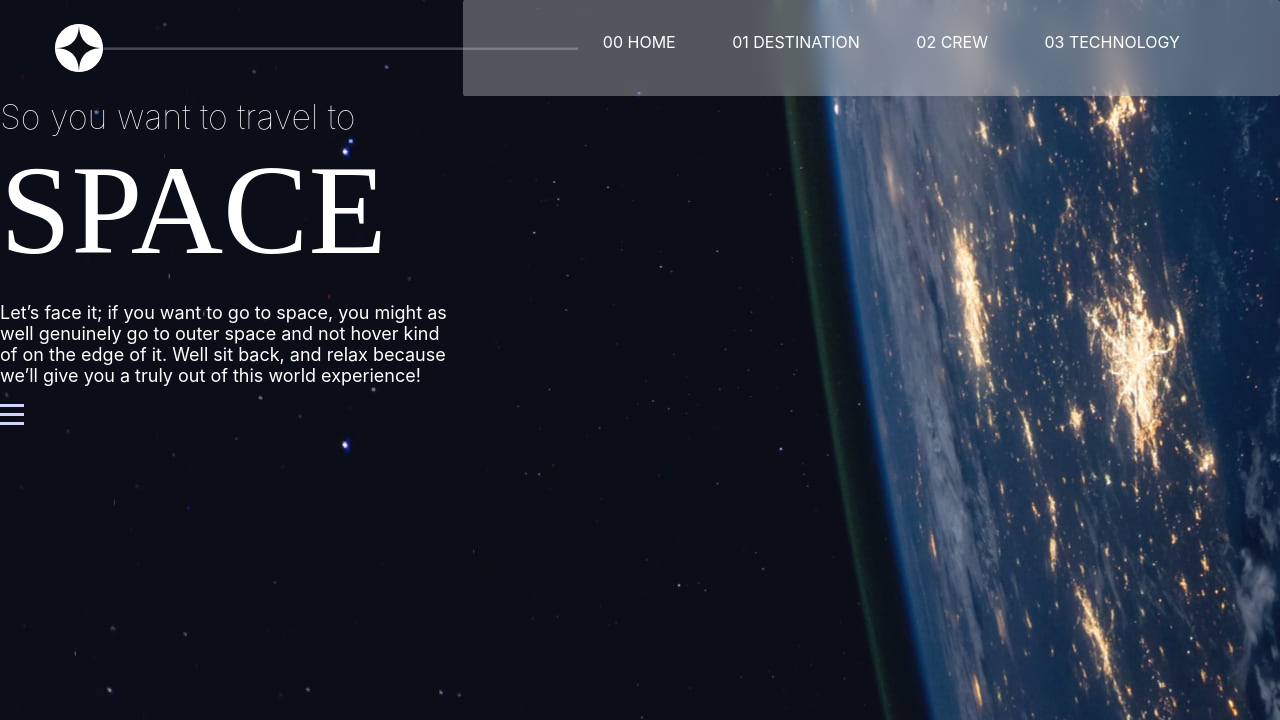
Repository: jhonenmanuel1/FrontEndMentor-MultiPageSpace
Page: /
These files come from the project's save history. The page is drawn as it stood at one moment and after the next save; the edit follows.
The browser window is 1280 px wide. The pictures show the whole page.
The project was rebuilt for these pictures with package versions that can differ from the ones it lists, and the page was loaded fresh each time.

Above is the page before, as saved 2022-06-21 17:12:45.

After the next save:
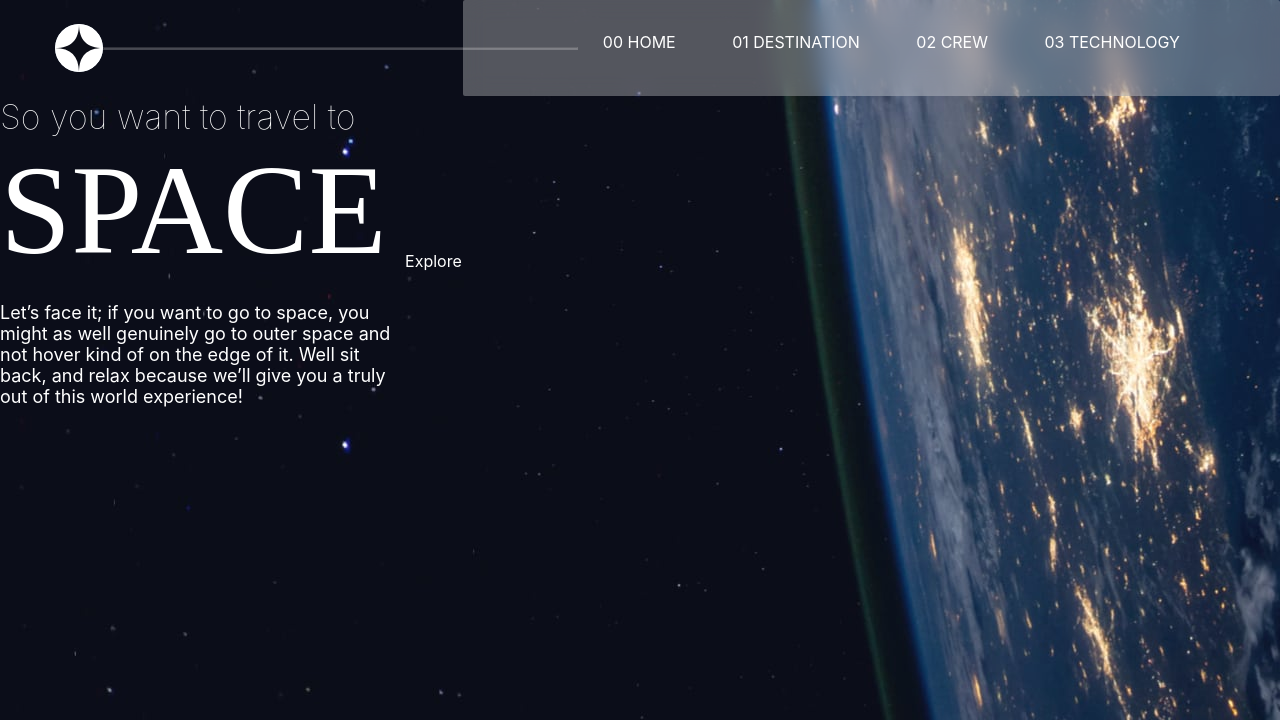
Saved 21 s later.
--- a/src/views/home.js
+++ b/src/views/home.js
@@ -8,7 +8,10 @@ export default function HomeView(){
                 <h3 className={styles.homeSpaceTargeth3}>So you want to travel to</h3>
                 <h1 className={styles.homeSpaceTargeth1}>SPACE </h1>
                 <p className={styles.homeSpaceTargetp}>Let’s face it; if you want to go to space, you might as well genuinely go to outer space and not hover kind of on the edge of it. Well sit back, and relax because we’ll give you a truly out of this world experience!</p>
-                <svg xmlns="http://www.w3.org/2000/svg" width="24" height="21"><g fill="#D0D6F9" fill-rule="evenodd"><path d="M0 0h24v3H0zM0 9h24v3H0zM0 18h24v3H0z"/></g></svg>
+
+            </div>
+            <div>
+                Explore
             </div>
         </div>
     </>
